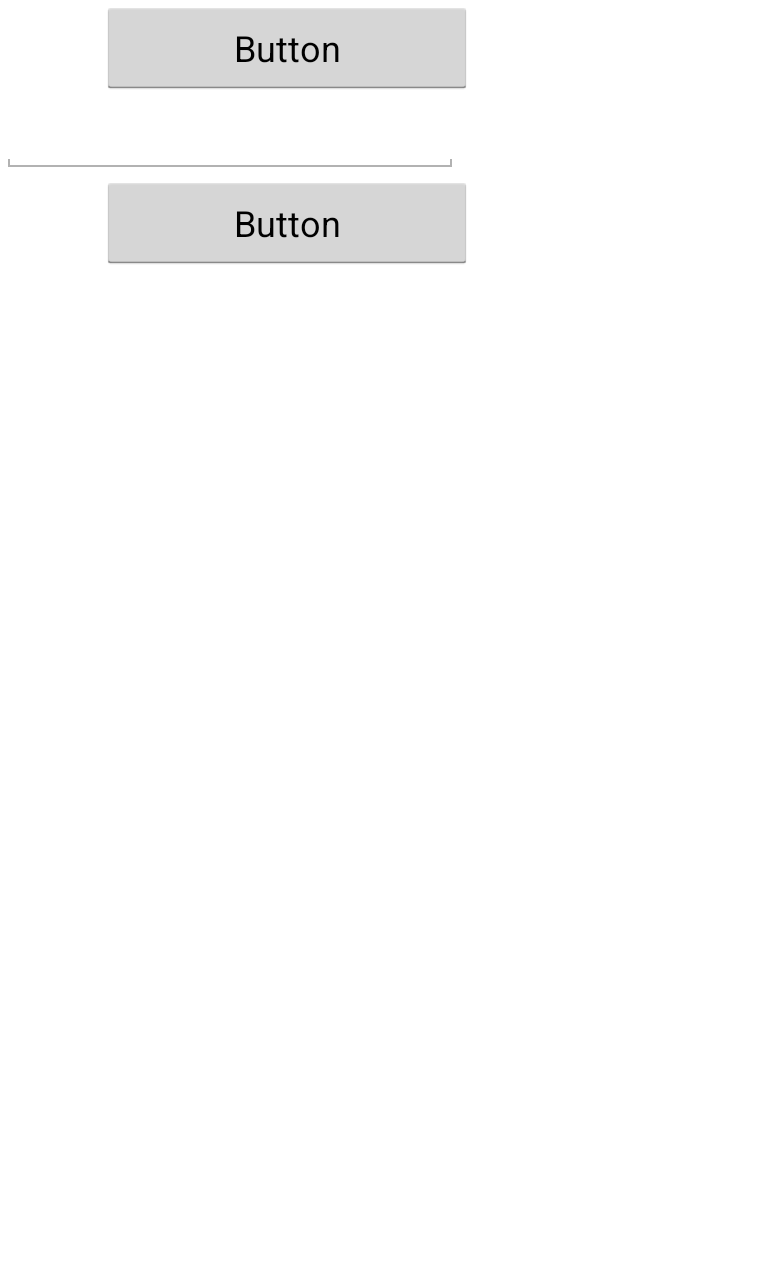
Repository: epson121/forumhr_mobile
Layout: TopicsActivity/res/layout/dialog_go_to_page.xml
These files come from the project's save history. The layout is drawn as it stood at one moment and after the next save; the edit follows.
It is drawn on a 768 x 1280 px phone screen (xhdpi) without system bars, with theme AppTheme; the app's code is not run.

Above is the layout before, as saved 2013-02-21 22:15:04.

### TopicsActivity/res/layout/dialog_go_to_page.xml
<?xml version="1.0" encoding="utf-8"?>
<LinearLayout xmlns:android="http://schemas.android.com/apk/res/android"
    android:layout_width="match_parent"
    android:layout_height="match_parent"
    android:orientation="vertical" >

    <Button
        android:id="@+id/button1"
        android:layout_width="187dp"
        android:layout_height="wrap_content"
        android:text="Button"
        android:layout_marginLeft="50dip"
        />

    <EditText
        android:id="@+id/editText1"
        android:layout_width="230dp"
        android:layout_height="wrap_content"
        android:ems="10"
        android:inputType="number" >
    </EditText>

    <Button
        android:id="@+id/button2"
        android:layout_width="187dp"
        android:layout_marginLeft="50dip"
        android:layout_height="wrap_content"
        android:text="Button" />

</LinearLayout>

Loaded but not shown: TopicsActivity/res/values/styles.xml (common file); TopicsActivity/res/values-v11/styles.xml (common file); TopicsActivity/res/values-v14/styles.xml (common file)

After the next save:
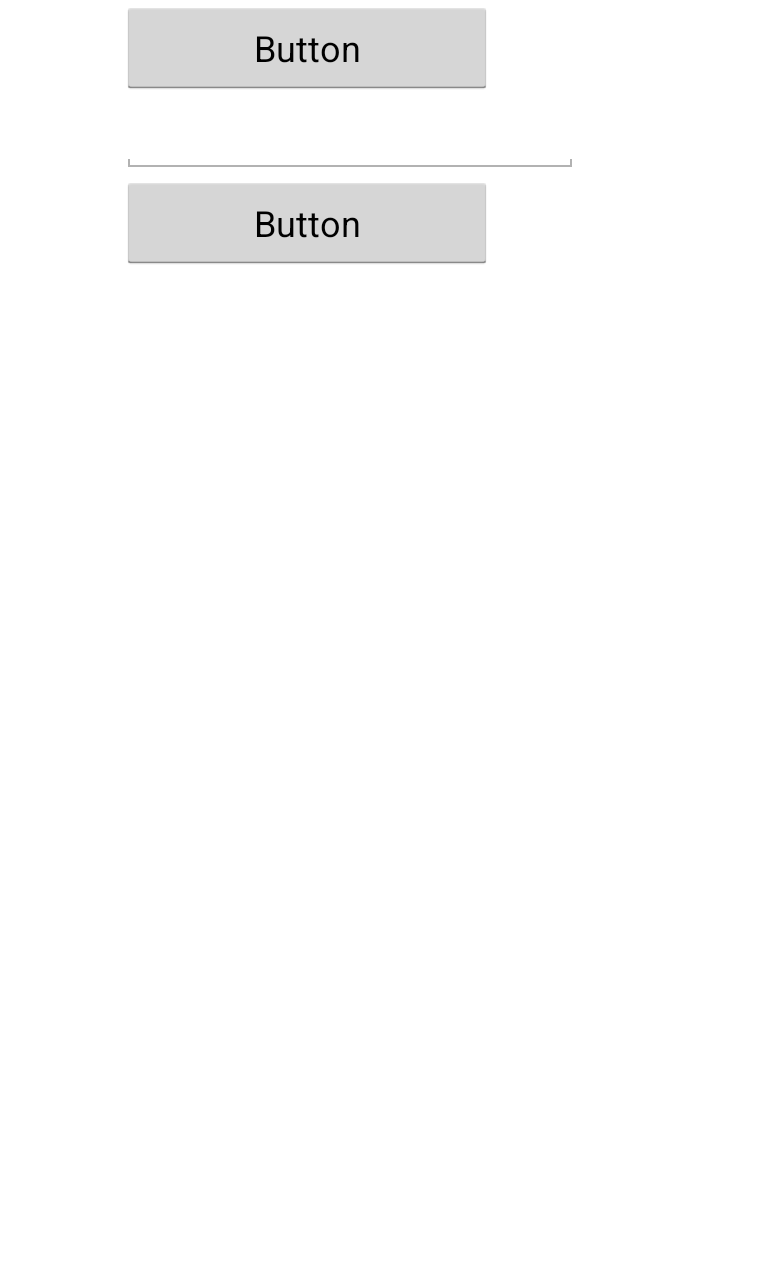
Saved 20 s later.
--- a/TopicsActivity/res/layout/dialog_go_to_page.xml
+++ b/TopicsActivity/res/layout/dialog_go_to_page.xml
@@ -9,7 +9,7 @@
         android:layout_width="187dp"
         android:layout_height="wrap_content"
         android:text="Button"
-        android:layout_marginLeft="50dip"
+        android:layout_marginLeft="60dip"
         />
 
     <EditText
@@ -17,13 +17,14 @@
         android:layout_width="230dp"
         android:layout_height="wrap_content"
         android:ems="10"
+        android:layout_marginLeft="60dip"
         android:inputType="number" >
     </EditText>
 
     <Button
         android:id="@+id/button2"
         android:layout_width="187dp"
-        android:layout_marginLeft="50dip"
+        android:layout_marginLeft="60dip"
         android:layout_height="wrap_content"
         android:text="Button" />
 
